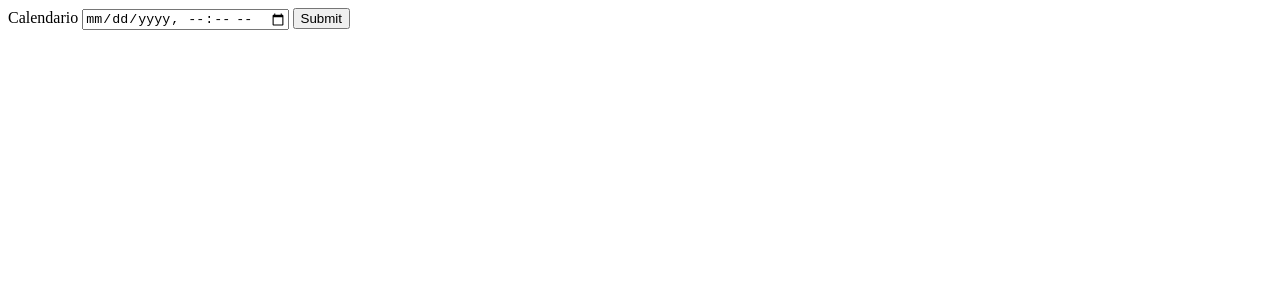
Repository: Daniel009980/daniel0099980
Page: cursodehtml/para calendario/index.html
The author's editor kept a copy of each file at every save. The page is drawn from the files as they stood at one save, then again after the next save.
The browser window is 1280 px wide. The pictures show the whole page.

Above is the page before, as saved 2022-09-10 15:54:03.

### cursodehtml/para calendario/index.html
<!DOCTYPE html>
<html lang="en">
<head>
    <meta charset="UTF-8">
    <meta http-equiv="X-UA-Compatible" content="IE=edge">
    <meta name="viewport" content="width=device-width, initial-scale=1.0">
    <title>Calendario</title>
</head>
<body>

<!-- <form action="">
    <label for="hora">
        <span>hora</span >
        <input type="time" id="hora" name="hora">
    </label>
    <label for="dia">
        <span>día</span >
        <input type="date" id="dia" name="dia">
    </label>
    <label for="semana">
        <span>hora</span >
        <input type="week" id="semana" name="semana">
    </label>
    <label for="mes">
        <span>hora</span >
        <input type="month" id="mes" name="mes">
    </label>
    <input type="submit">
</form> -->

<form action="">
    <label for="calendario">
        <span>Calendario</span>
            <input type="datetime-local" id="calendario" name="calendario">
    </label>
    <input type="submit">
</form>
</body>
</html>

After the next save:
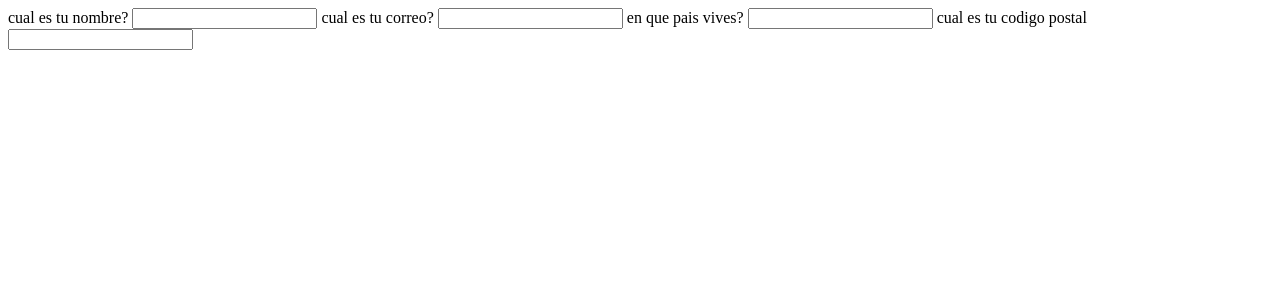
Saved 7 min 34 s later.
--- a/cursodehtml/para calendario/index.html
+++ b/cursodehtml/para calendario/index.html
@@ -8,32 +8,26 @@
 </head>
 <body>
 
-<!-- <form action="">
-    <label for="hora">
-        <span>hora</span >
-        <input type="time" id="hora" name="hora">
-    </label>
-    <label for="dia">
-        <span>día</span >
-        <input type="date" id="dia" name="dia">
-    </label>
-    <label for="semana">
-        <span>hora</span >
-        <input type="week" id="semana" name="semana">
-    </label>
-    <label for="mes">
-        <span>hora</span >
-        <input type="month" id="mes" name="mes">
-    </label>
-    <input type="submit">
-</form> -->
+    <main>
+        <form action="">
+            <label for="nombre">
+                <span>cual es tu nombre?</span>
+                <input type="text" name="nombre" id="nombre">
+            </label>
+            <label for="correo">
+                <span>cual es tu correo?</span>
+                <input type="email" name="correo" id="correo">
+            </label>
+            <label for="pais">
+                <span>en que pais vives?</span>
+                <input type="text" name="pais" id="pais">
+            </label>
+            <label for="cp">
+                <span>cual es tu codigo postal</span>
+                <input type="text" name="cp" id="cp">
+            </label>
+        </form>
+    </main>
 
-<form action="">
-    <label for="calendario">
-        <span>Calendario</span>
-            <input type="datetime-local" id="calendario" name="calendario">
-    </label>
-    <input type="submit">
-</form>
 </body>
 </html>
